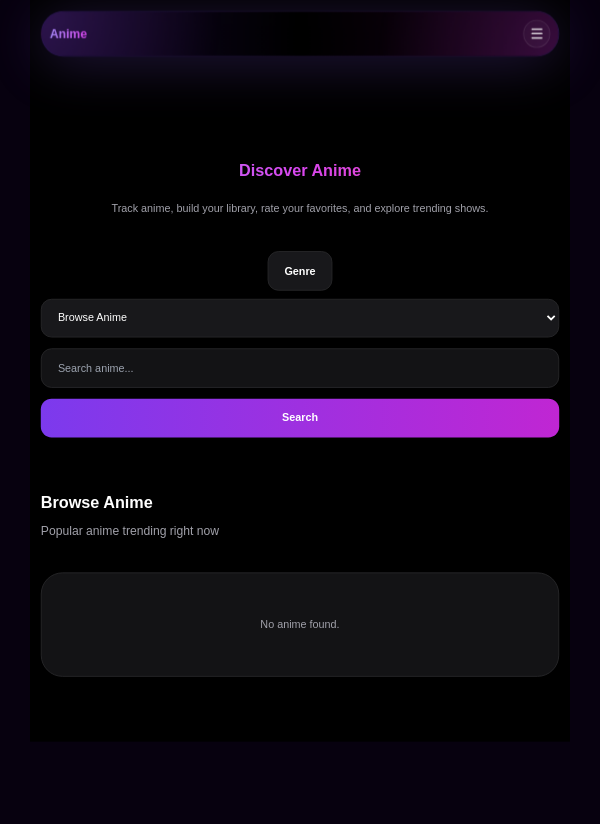
Repository: Maykal-Projects/Otakuflow
Page: /
These files come from the project's save history. The page is drawn as it stood at one moment and after the next save; the edit follows.
The browser window is 600 px wide. The pictures show the whole page.
The page's requests for data from a server got no answer. The project was rebuilt for these pictures with package versions that can differ from the ones it lists, and the page was loaded fresh each time. The framework's server and built-in components were replaced by stand-ins that run in the browser. No one was signed in, and anything a server would have sent is missing. Also part of the build but not shown: next.config.ts, components/AnimeCard.tsx.

Above is the page before, as saved 2026-05-30 21:31:15.

After the next save:
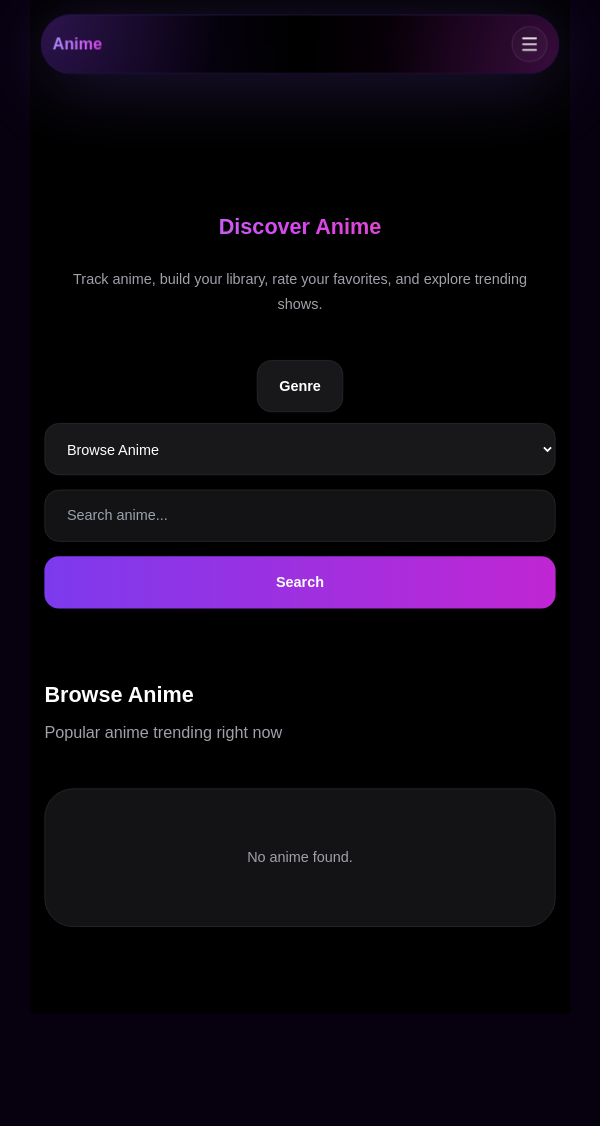
Saved 15 s later.
--- a/app/globals.css
+++ b/app/globals.css
@@ -30,11 +30,3 @@ body {
 .animate-spin-slow {
   animation: spinSlow 8s linear infinite;
 }
-
-@media (max-width: 640px) {
-
-  html {
-    zoom: 0.75;
-  }
-
-}
